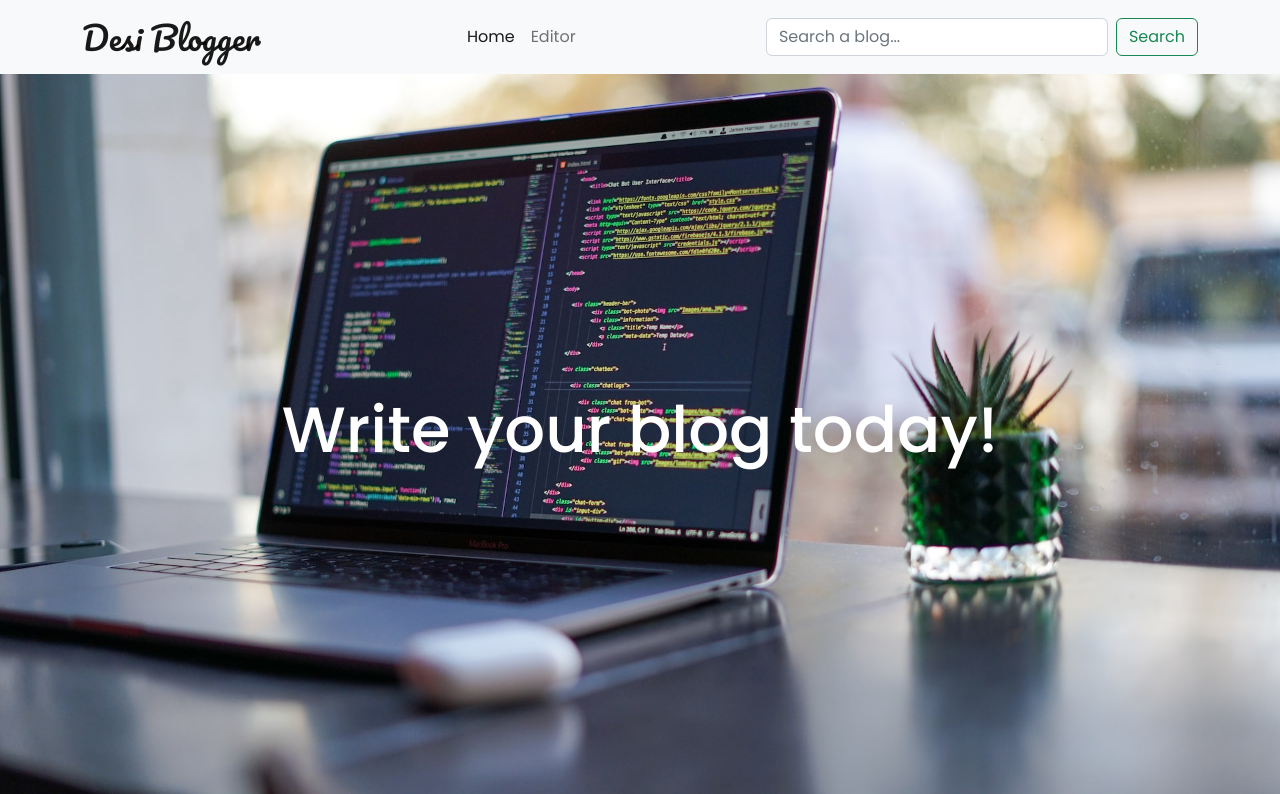
Repository: badhon252/Desi_Blogger
Page: public/home.html
An editor plug-in stored every save of this project. The page is shown before and after the next save, followed by the edit.
The browser window is 1280 px wide. The pictures show the whole page.

Above is the page before, as saved 2022-11-15 19:41:33.

### public/home.html
<!DOCTYPE html>
<html lang="en">

<head>
    <meta charset="UTF-8">
    <meta http-equiv="X-UA-Compatible" content="IE=edge">
    <meta name="viewport" content="width=device-width, initial-scale=1.0">

    <!-- favicon  -->
    <link rel="icon" sizes="180x180" href="./img/favicon_io/android-chrome-192x192.png">

    <!-- bs-5 link -->
    <link rel="stylesheet" href="https://cdn.jsdelivr.net/npm/bootstrap@5.2.2/dist/css/bootstrap.min.css">
    <!-- custom css  -->
    <link rel="stylesheet" href="css/home.css">
    <!-- fonts  -->
    <link rel="preconnect" href="https://fonts.googleapis.com">
    <link rel="preconnect" href="https://fonts.gstatic.com" crossorigin>
    <link href="https://fonts.googleapis.com/css2?family=Poppins:wght@400;500;600;700;800;900&display=swap"
        rel="stylesheet">
    <title>Desi-Blogger</title>
</head>

<body>
    <header id="header">
        <nav class="navbar navbar-expand-lg bg-light">
            <div class="container">
                <a class="navbar-brand" href="#">Desi Blogger</a>
                <button class="navbar-toggler" type="button" data-bs-toggle="collapse"
                    data-bs-target="#navbarSupportedContent" aria-controls="navbarSupportedContent"
                    aria-expanded="false" aria-label="Toggle navigation">
                    <span class="navbar-toggler-icon"></span>
                </button>
                <div class="collapse navbar-collapse" id="navbarSupportedContent">
                    <ul class="navbar-nav m-auto mb-2 mb-lg-0">
                        <li class="nav-item">
                            <a class="nav-link active" href="#">Home</a>
                        </li>
                        <li class="nav-item">
                            <a class="nav-link" href="#">Editor</a>
                        </li>

                    </ul>
                    <form class="d-flex" role="search">
                        <input class="form-control me-2" type="search" placeholder="Search a blog..."
                            aria-label="Search">
                        <button class="btn btn-outline-success" type="submit">Search</button>
                    </form>
                </div>
            </div>
        </nav>
        <section class="header-content">
            <h1>Write your blog today!</h1>
        </section>
    </header>

    <script src="https://cdn.jsdelivr.net/npm/bootstrap@5.2.2/dist/js/bootstrap.bundle.min.js"></script>
</body>

</html>

### public/css/home.css
@import url("https://fonts.googleapis.com/css2?family=Pacifico&display=swap");
* {
  margin: 0;
  padding: 0;
  box-sizing: border-box;
}

body {
  font-family: "Poppins", sans-serif;
  background-image: repeating-linear-gradient(
      45deg,
      rgb(255, 255, 255) 0px,
      rgb(255, 255, 255) 10px,
      transparent 10px,
      transparent 11px
    ),
    repeating-linear-gradient(
      135deg,
      rgb(255, 255, 255) 0px,
      rgb(255, 255, 255) 10px,
      transparent 10px,
      transparent 11px
    ),
    linear-gradient(90deg, rgba(213, 211, 217, 0.33), rgba(213, 211, 217, 0.33));
  position: relative;
}
::selection {
  background: #1b1b1b;
  color: #fff;
}

.navbar-brand {
  font-family: "Pacifico", cursive;
  font-size: 2rem;
}

.header-content {
  width: 100%;
  height: calc(100vh);
  background-image: url(../img/header-img.jpg);
  background-size: cover;
  display: flex;
  justify-content: center;
  align-items: center;
}

.header-content h1 {
  font-size: 4rem;
  color: #fff;
  text-align: center;
}

After the next save:
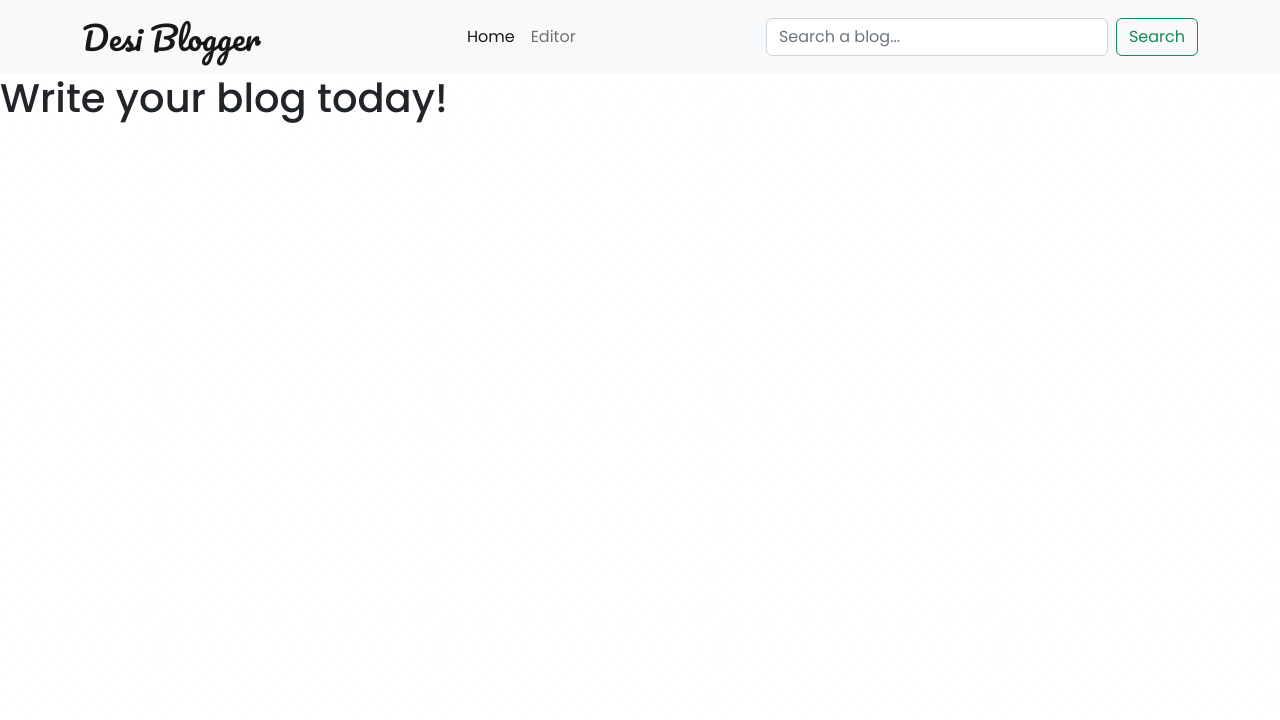
Saved 3 min 16 s later.
--- a/public/home.html
+++ b/public/home.html
@@ -49,7 +49,7 @@
                 </div>
             </div>
         </nav>
-        <section class="header-content">
+        <section class="content">
             <h1>Write your blog today!</h1>
         </section>
     </header>

After the save that followed:
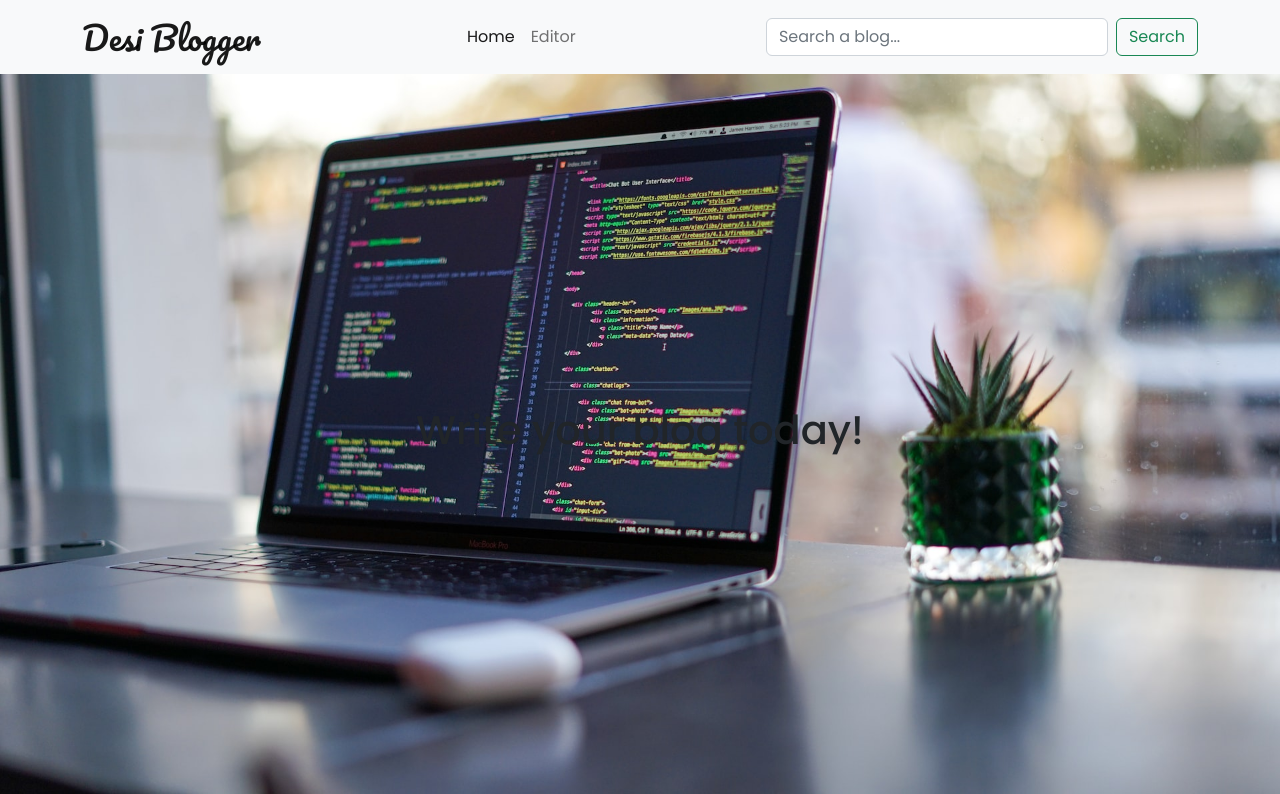
Saved 6 s later.
--- a/public/css/home.css
+++ b/public/css/home.css
@@ -34,7 +34,7 @@ body {
   font-size: 2rem;
 }
 
-.header-content {
+.content {
   width: 100%;
   height: calc(100vh);
   background-image: url(../img/header-img.jpg);
